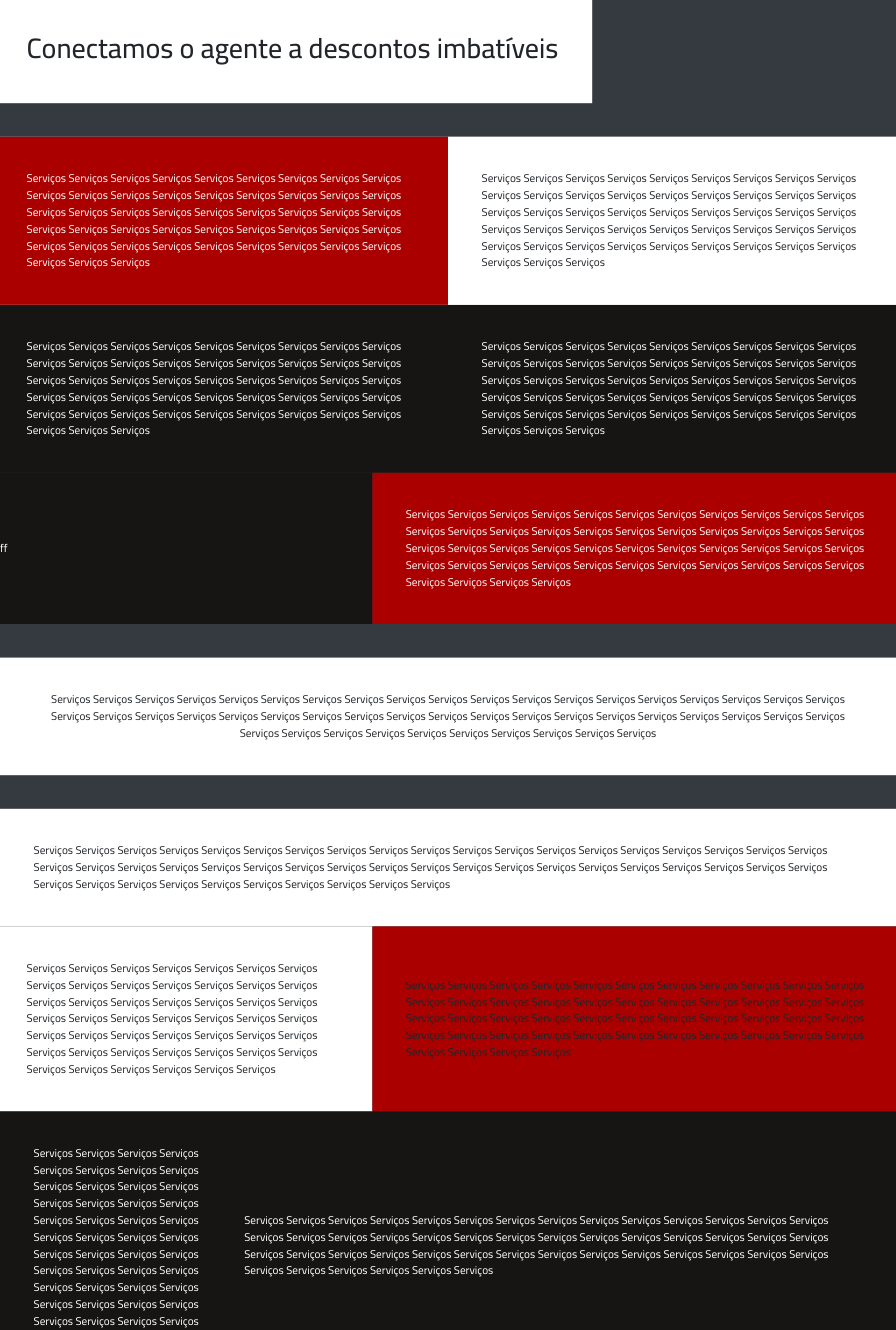
Repository: SkyTeam-Dev/Outlet_Site
Page: Site/index.html
An editor plug-in stored every save of this project. The page is shown before and after the next save, followed by the edit.
The browser window is 1280 px wide. The pictures show the part of the page from y = 1008 to 2908 px (the page is 3028 px tall before and 3116 px after), at 70% of full size.
Some web libraries are served in a nearby version.

Above is the page before, as saved 2025-03-21 09:16:25.

After the next save:
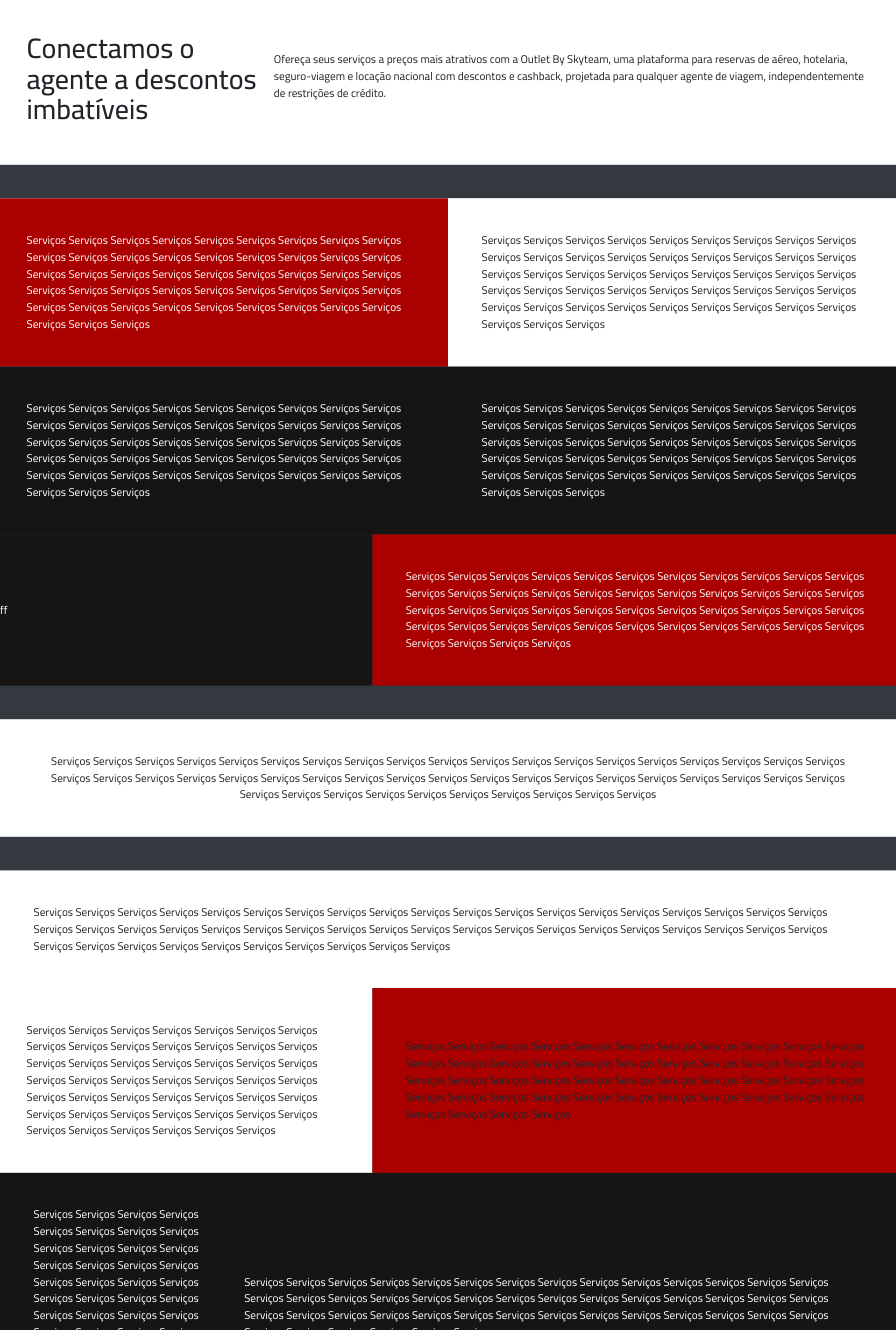
Saved 21 s later.
--- a/Site/index.html
+++ b/Site/index.html
@@ -232,6 +232,9 @@
             <div class="row bg-white mb-5">
                 <div id="Servicos" class="col-xl-12 CentralizadorDeConteudo p-5">
                     <h1>Conectamos o agente a descontos imbatíveis</h1>
+                    <p>
+                        Ofereça seus serviços a preços mais atrativos com a Outlet By Skyteam, uma plataforma para reservas de aéreo, hotelaria, seguro-viagem e locação nacional com descontos e cashback, projetada para qualquer agente de viagem, independentemente de restrições de crédito.
+                    </p>
                 </div>
             </div>
 
